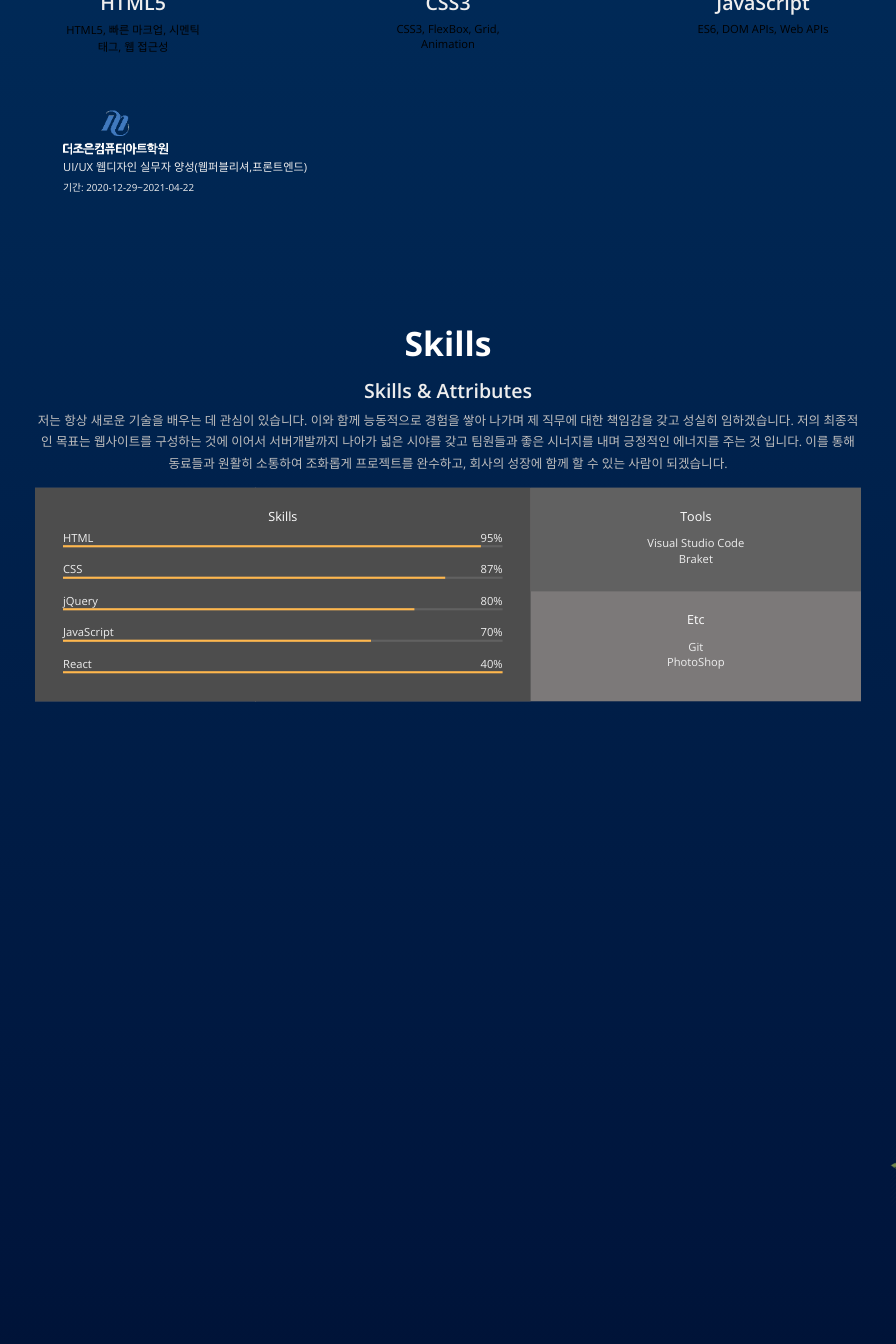
Repository: jinhee196/portfolio
Page: index.html
These files come from the project's save history. The page is drawn as it stood at one moment and after the next save; the edit follows.
The browser window is 1280 px wide. The pictures show the part of the page from y = 1307 to 3227 px (the page is 4568 px tall), at 70% of full size.
Some web libraries are served in a nearby version.

Above is the page before, as saved 2021-07-07 17:26:09.

After the next save:
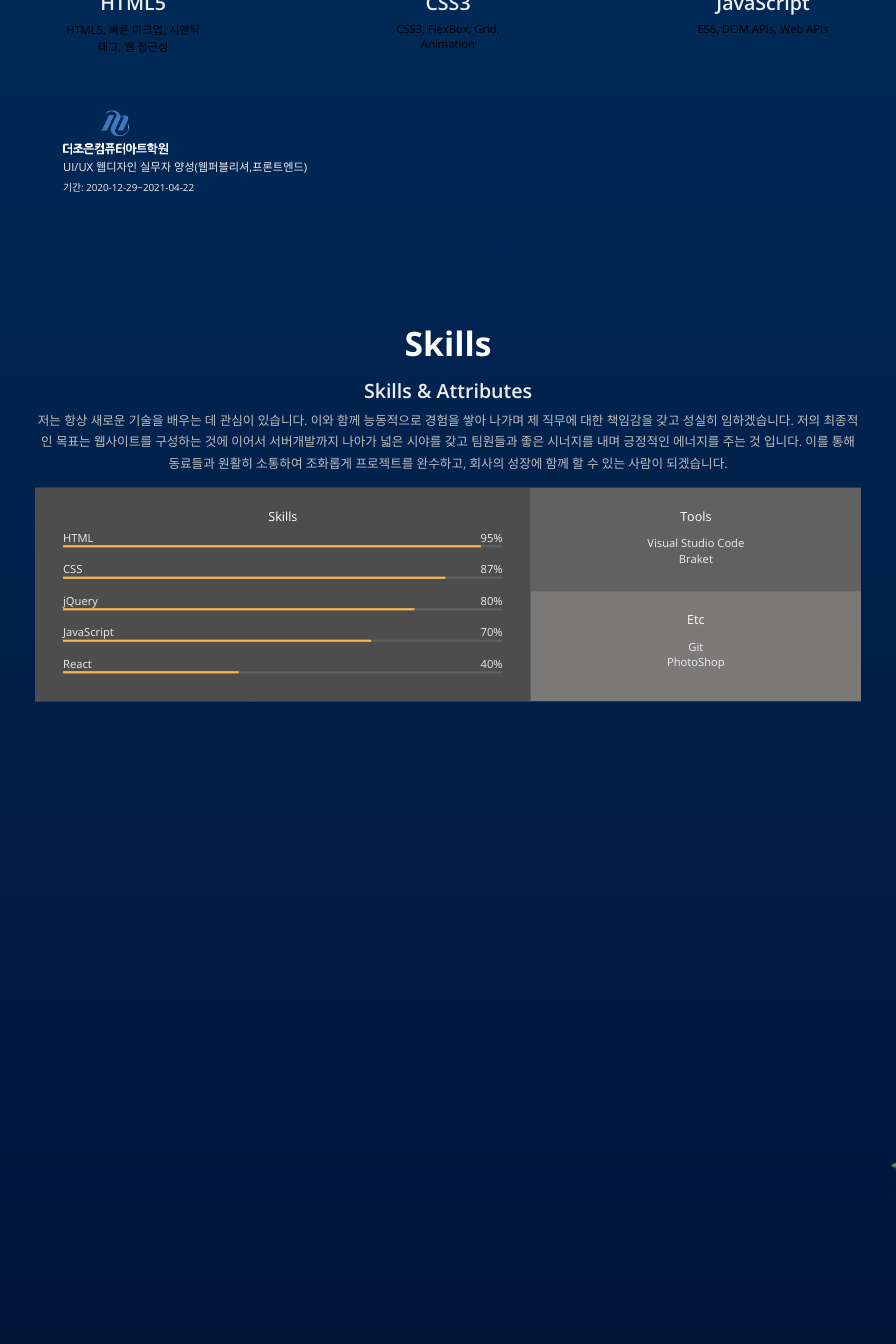
Saved 6 s later.
--- a/index.html
+++ b/index.html
@@ -174,7 +174,7 @@
                         <span>40%</span>
                     </div>
                     <div class="skill__bar">
-                        <div class="skill__value" style="width: 40"></div>
+                        <div class="skill__value" style="width: 40%"></div>
                     </div>
                 </div>
                 <!-- <div class="skill">
